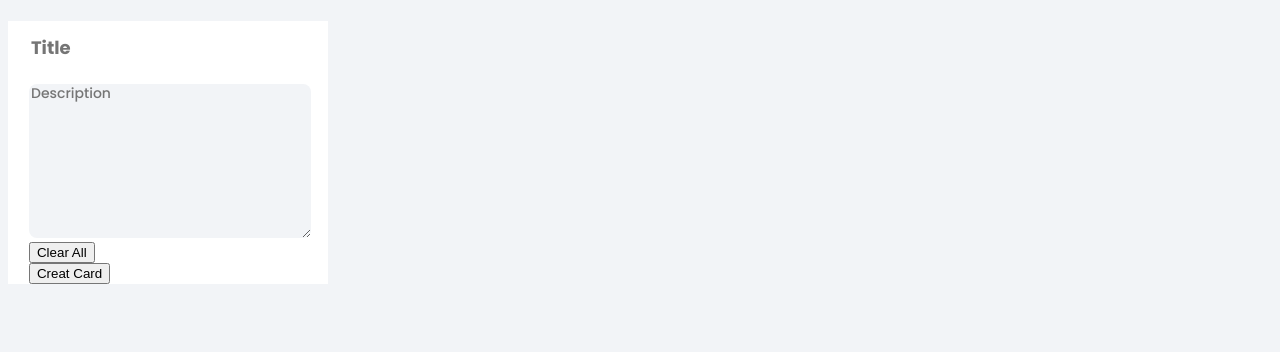
Repository: ReyhanehRahmani/TO-DO
Page: index.html
These files come from the project's save history. The page is drawn as it stood at one moment and after the next save; the edit follows.
The browser window is 1280 px wide. The pictures show the whole page.
Some web fonts or font styles are not loaded; a fallback is used.

Above is the page before, as saved 2025-06-08 12:24:00.

### index.html
<!DOCTYPE html>

<html lang="en">

    <head>

        <meta name="viewport" content="width=device-width, initial-scale=1.0" />

        <title>TO-DO</title>

        <link rel="icon" type="image/jpg" href="favicon.png">

        <link rel="stylesheet" href="style.css">

        <link rel="preconnect" href="https://fonts.googleapis.com">

        <link rel="preconnect" href="https://fonts.gstatic.com" crossorigin>

        <link href="https://fonts.googleapis.com/css2?family=Poppins:ital,wght@0,100;0,200;0,300;0,400;0,500;0,600;0,700;0,800;0,900;1,100;1,200;1,300;1,400;1,500;1,600;1,700;1,800;1,900&family=Sofia+Sans:ital,wght@0,1..1000;1,1..1000&display=swap" rel="stylesheet">

    </head>
    <body>
        <div id="side">
        <div id="main-card">
            <div id="content">
                <div >
                <div id="title">
                    <input type="text" id="titlebox" minlength="3" maxlength="30" placeholder="Title">
                </div>
                <div id="description">
                    <textarea type="text" id="descriptionbox" maxlength="200" placeholder="Description"></textarea>
                </div>
                </div>

                <div id="buttons">
                    <div id="clear"><button id="clearbut">Clear All</button></div>
                    <div id="creat"><button id="creatbut">Creat Card</button></div>
                </div>
            </div>
        </div>
        <div id="cardsContainer"></div>
        </div>
        <script src="script.js"></script>
    </body>

### style.css
@media screen and (max-width: 1279px){

body{
    background-color: #F2F4F7;
}



#main-card{
    margin-left: 6%;
    margin-right: 6%;
    margin-top: 6%;
    background-color: #FFFFFF;
}

#content{
    margin-right: 6.557377049%;
    margin-left: 6.557377049%;
    margin-top: 6.557377049%;
    margin-bottom: 6.557377049%;
}

#titlebox{
    font-family: 'Poppins';
    font-weight: 700;
    font-size: 18px;
    line-height: 150%;
    letter-spacing: -2%;
    border: none;
    width: 100%;
    height: 51px;
}

#descriptionbox{
    border: none;
    width: 100%;
    font-family: 'Poppins';
    font-weight: 500;
    font-size: 14px;
    line-height: 100%;
    letter-spacing: -3%;
    height: 150px;
    border-radius: 8px;
    background: #F2F4F7;

    margin-top: 10px;

}

#content{
    display: flex;
    flex-direction: column;
    justify-content: space-between;
    gap: 516px;
}

#buttons{
    display: flex;
    justify-content: space-between;
    gap: 12px;
    margin-bottom: 25px;
}

#clear{
    text-align: center;
    justify-content: center;
}

#clearbut{
    height: 44px;
    border-radius: 8px;
    border-width: 1.4px;
    border-color: #FF1616;
    background-color: #FFFFFF;
    font-family: 'Poppins';
    font-weight: 700;
    font-size: 15px;
    line-height: 100%;
    letter-spacing: -3%;
    color: #FF1616;
    white-space: nowrap;
    width: 97px;

}

#creat{
    text-align: center;
    justify-content: center;
}

#creatbut{
    height: 44px;
    border-radius: 8px;
    background: #000000;
    font-family: 'Poppins';
    font-weight: 600;
    font-size: 15px;
    line-height: 100%;
    letter-spacing: -3%;
    color: #FFFFFF;
    width: 190px;

}

.cardsContainer{
    justify-content: center;
}


.card {
    width: 76.923076923%;
    height: 238px;
    border-radius: 8px;
    background: #FCFCFD;
    box-shadow: 0px 0.5px 2px 0px #1018284D;
    justify-self: center;
    position: relative;
    margin-bottom: 24px;
}


.cardTitle{
    font-family: 'Poppins';
    font-weight: 700;
    font-size: 18px;
    line-height: 150%;
    letter-spacing: -2%;
    margin-left: 6.25%;
    padding-top: 4.1%;


}

.cardDate{
    font-family: 'Poppins';
    font-weight: 600;
    font-size: 13px;
    line-height: 150%;
    letter-spacing: -2%;
    margin-left: 6.25%;
    color: #98A2B3;
    margin-top: 6px;

}

.cardDesc{
    font-family: 'Poppins';
    font-weight: 500;
    font-size: 13px;
    line-height: 150%;
    letter-spacing: -2%;
    color: #98A2B3;
    margin-left: 6.25%;
    margin-top: 16px;
}

#todoTitle{
    font-family: 'Poppins';
    font-weight: 800;
    font-size: 32px;
    line-height: 100%;
    letter-spacing: -0.75%;
    color: #000000;
    margin-left: 12%;
    margin-bottom: 20px;
    margin-top: 80px;

}}

@media screen and (min-width: 1280px){

body{
    background-color: #F2F4F7;
}

#content{
    margin-right: 6.557377049%;
    margin-left: 6.557377049%;
    margin-top: 6.557377049%;
    margin-bottom: 6.557377049%;
}

#titlebox{
    font-family: 'Poppins';
    font-weight: 700;
    font-size: 18px;
    line-height: 150%;
    letter-spacing: -2%;
    border: none;
    width: 100%;
    height: 51px;
}

#descriptionbox{
    border: none;
    width: 100%;
    font-family: 'Poppins';
    font-weight: 500;
    font-size: 14px;
    line-height: 100%;
    letter-spacing: -3%;
    height: 150px;
    border-radius: 8px;
    background: #F2F4F7;

    margin-top: 10px;

}

#main-card{
    background-color: #FFFFFF;
    width: 25.31120332%;

}

#id{
    display: flex;
}

}

### script.js
document.getElementById("creatbut").onclick = function () {

    const title = document.getElementById("titlebox").value.trim();
    const desc = document.getElementById("descriptionbox").value.trim();

    const card = document.createElement("div");
    card.classList.add("card");

    const cardItems =document.createElement("div");
    card.classList.add("cardItem");

    card.appendChild(cardItems);

    const titleElem = document.createElement("div");
    titleElem.classList.add("cardTitle");
    titleElem.textContent = title;

    const dateElem = document.createElement("div");
    dateElem.classList.add("cardDate");

    const now = new Date();
    const day = now.getDate();
    const monthNames = ["January", "February", "March", "April", "May", "June","July", "August", "September", "October", "November", "December"];

    const month = monthNames[now.getMonth()];

    const formattedDate = day + " " + month;

    dateElem.textContent = formattedDate + " • " + " Assigned to Taha ";

    const descElem = document.createElement("div");
    descElem.classList.add("cardDesc");
    descElem.textContent = desc;

    cardItems.appendChild(titleElem);
    cardItems.appendChild(dateElem);
    cardItems.appendChild(descElem);

    document.getElementById("cardsContainer").appendChild(card);

    const container = document.getElementById("cardsContainer");

    if (!document.getElementById("todoTitle")) {
    const todo = document.createElement("div");
    todo.id = "todoTitle";
    todo.textContent = "TO DO";
    todo.classList.add("todoHeader");

    container.insertBefore(todo, container.firstChild);}



    document.getElementById("clearbut").addEventListener("click", function () {
    document.getElementById("titlebox").value = "";
    document.getElementById("descriptionbox").value = "";});


};

After the next save:
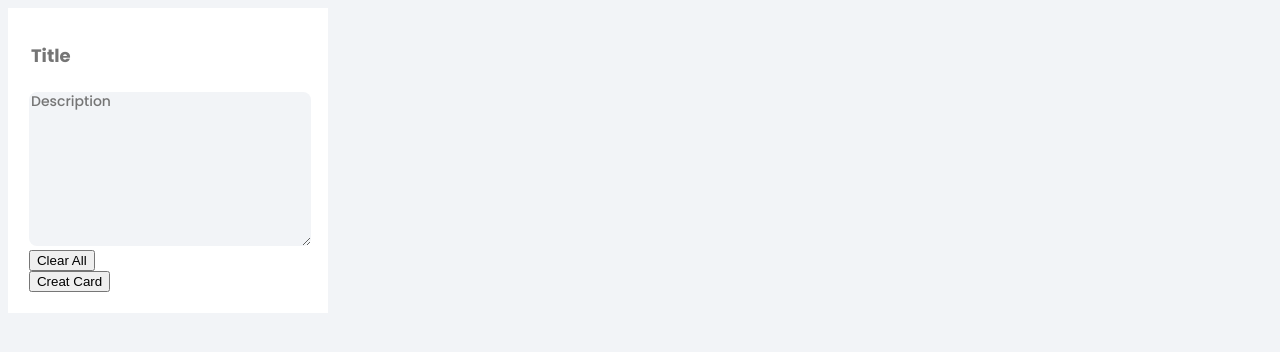
Saved 10 s later.
--- a/style.css
+++ b/style.css
@@ -213,7 +213,7 @@ body{
 
 }
 
-#id{
+#side{
     display: flex;
 }
 
